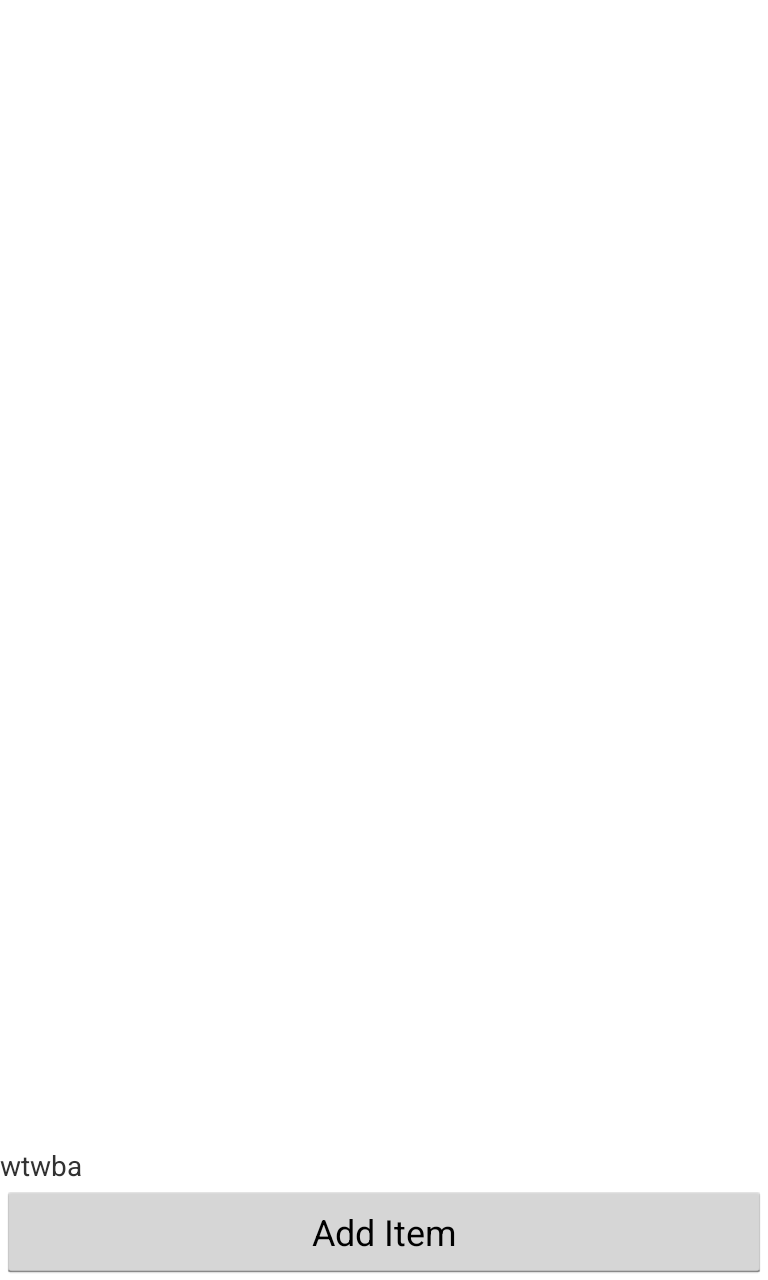
Repository: harvard-lil/wtwba-android-app
Layout: wtwba/res/layout/activity_main.xml
An editor plug-in stored every save of this project. The layout is shown before and after the next save, followed by the edit.
It is drawn on a 768 x 1280 px phone screen (xhdpi) without system bars, with theme AppTheme; the app's code is not run. Lists and similar views that code fills are empty.

Above is the layout before, as saved 2013-03-06 21:45:12.

After the next save:
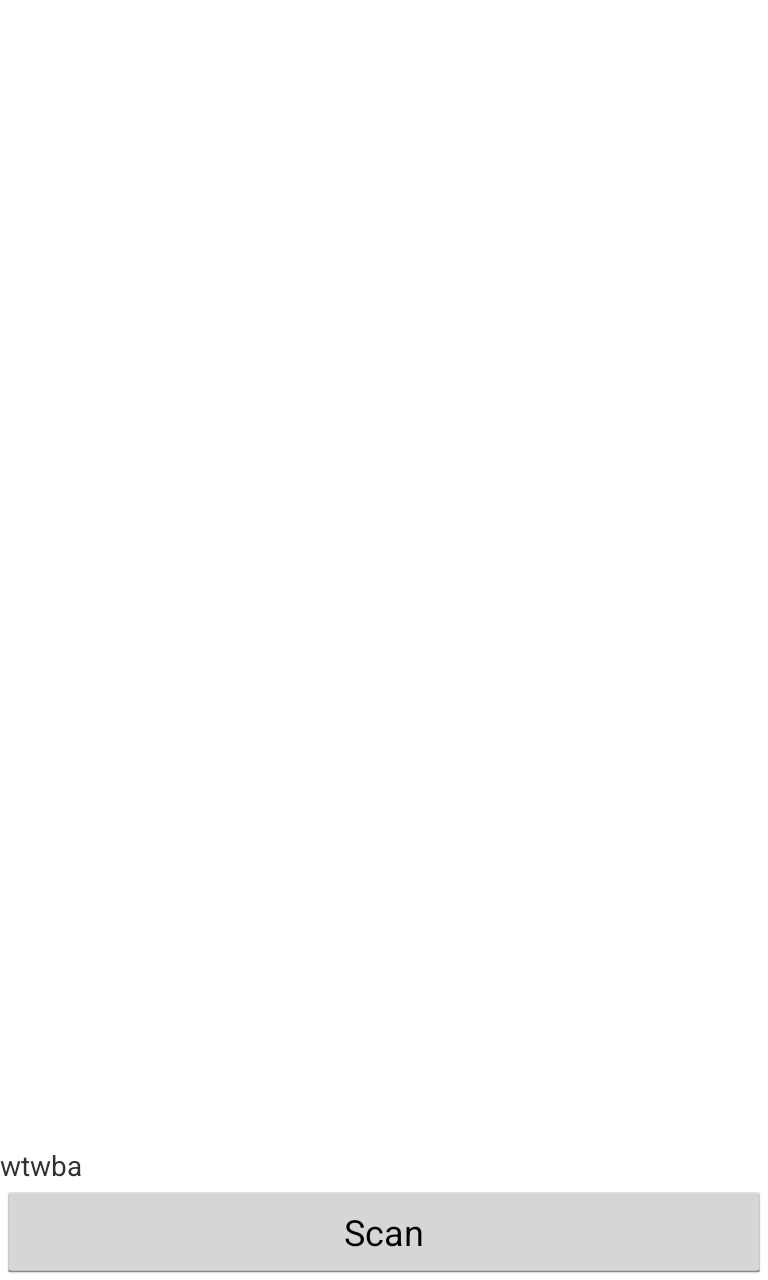
Saved 37 s later.
--- a/wtwba/res/layout/activity_main.xml
+++ b/wtwba/res/layout/activity_main.xml
@@ -11,9 +11,10 @@
         android:layout_alignParentBottom="true" >
 
         <Button
-            android:layout_width="fill_parent"
-            android:layout_height="wrap_content"
-            android:text="Add Item" />
+        android:layout_width="fill_parent"
+        android:layout_height="wrap_content"
+        android:text="@string/button_scan"
+    	android:onClick="scanCode" />
     </LinearLayout>
 
     <ListView
